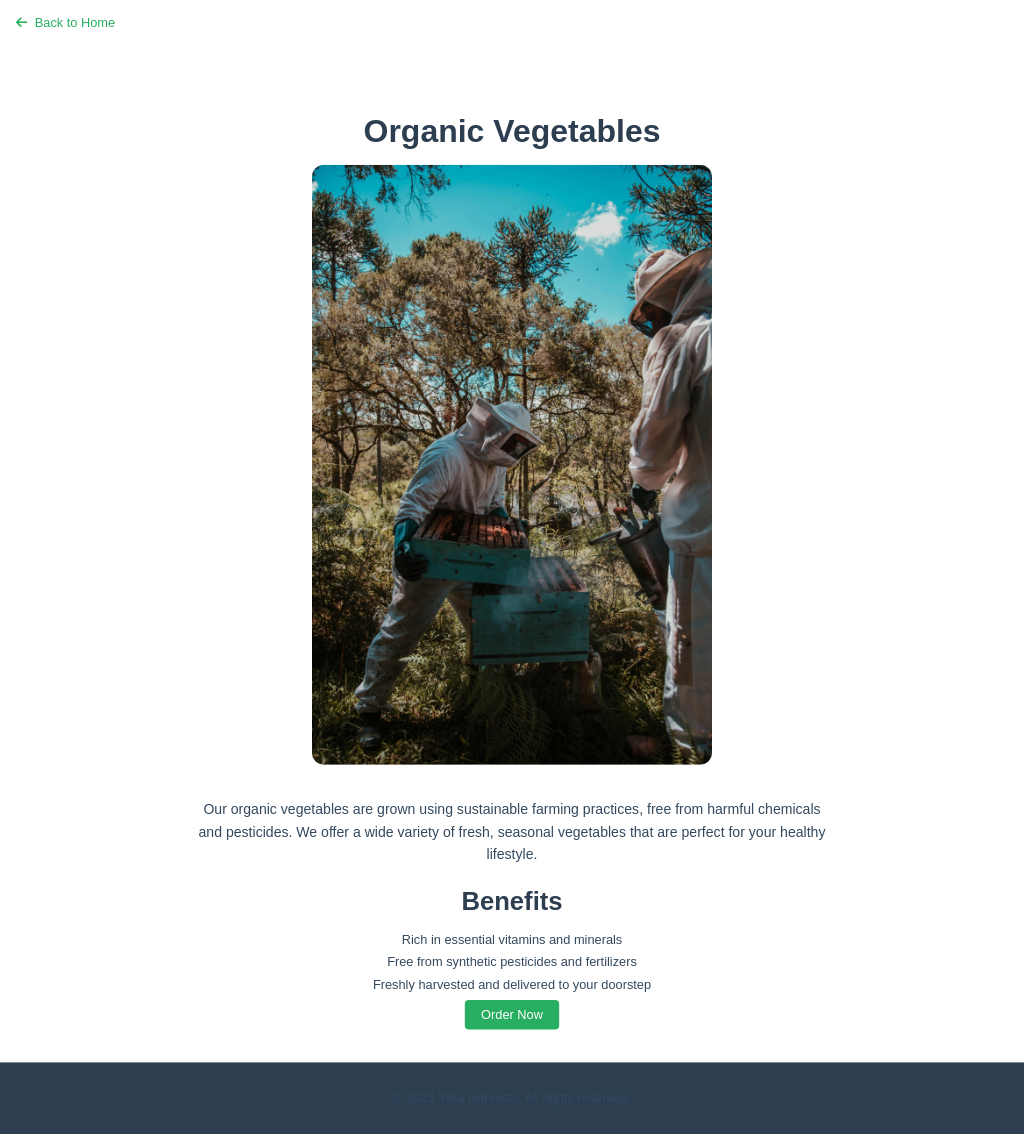
Repository: Kanyi-Manyara/yara-farm
Page: products/vegetables.html
An editor plug-in stored every save of this project. The page is shown before and after the next save, followed by the edit.
The browser window is 1280 px wide. The pictures show the whole page, at 80% of full size.

Above is the page before, as saved 2025-02-21 23:34:18.

After the next save:
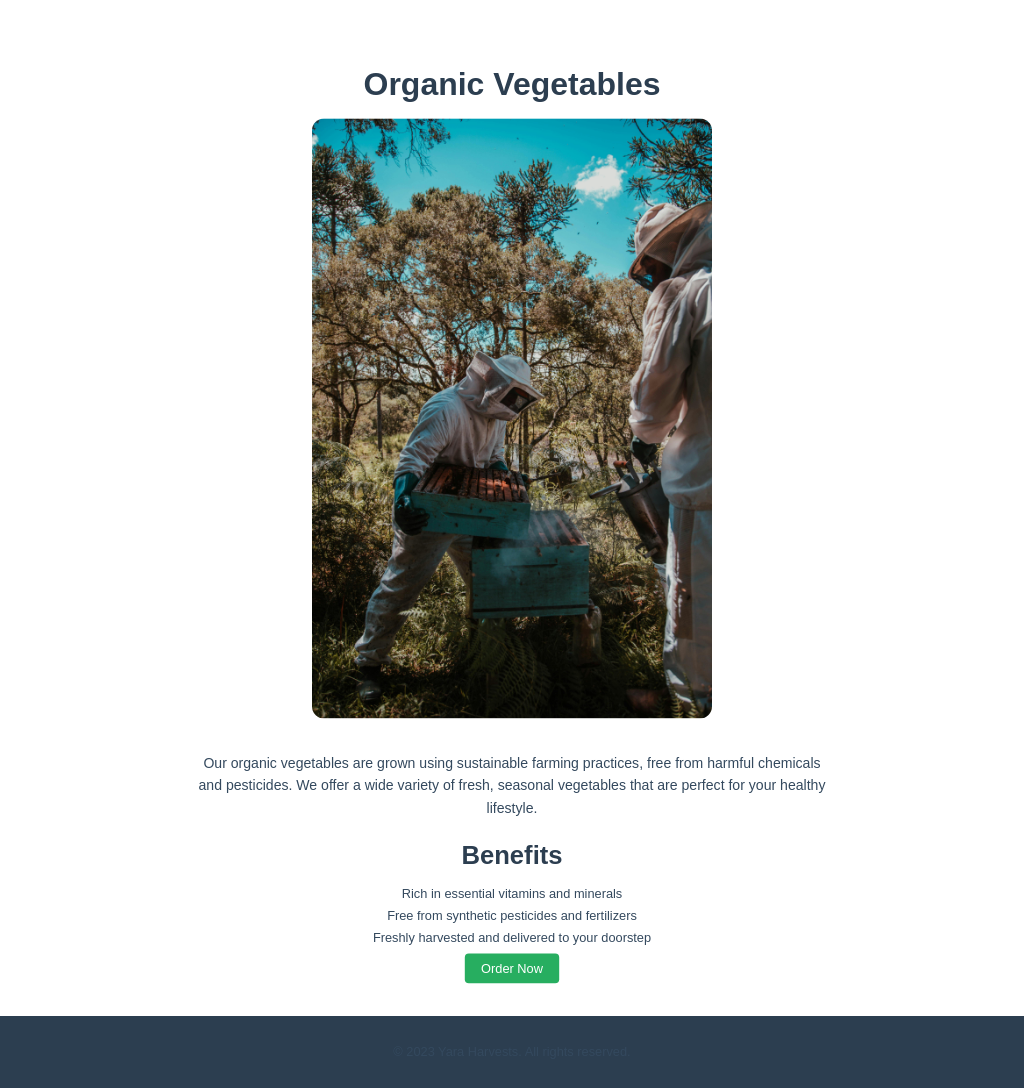
Saved 13 s later.
--- a/products/vegetables.html
+++ b/products/vegetables.html
@@ -9,7 +9,6 @@
 </head>
 <body>
   <header>
-    <a href="#products" class="back-button"><i class="fas fa-arrow-left"></i> Back to Home</a>
   </header>
 
   <section id="product-detail">

After the save that followed:
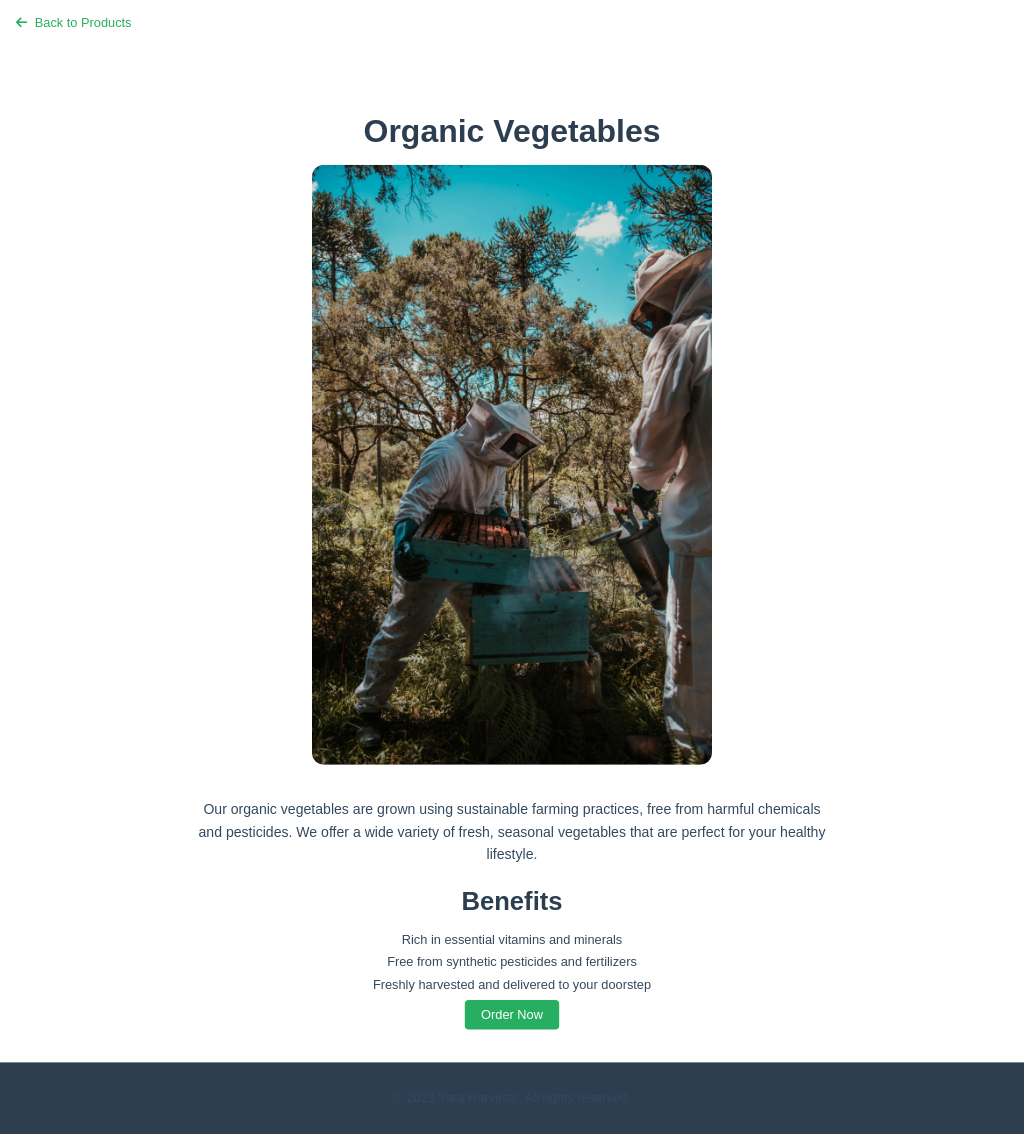
Saved 4 s later.
--- a/products/vegetables.html
+++ b/products/vegetables.html
@@ -9,7 +9,7 @@
 </head>
 <body>
   <header>
-  </header>
+    <a href="../index.html#products" class="back-button"><i class="fas fa-arrow-left"></i> Back to Products</a>  </header>
 
   <section id="product-detail">
     <div class="product-detail-content">
